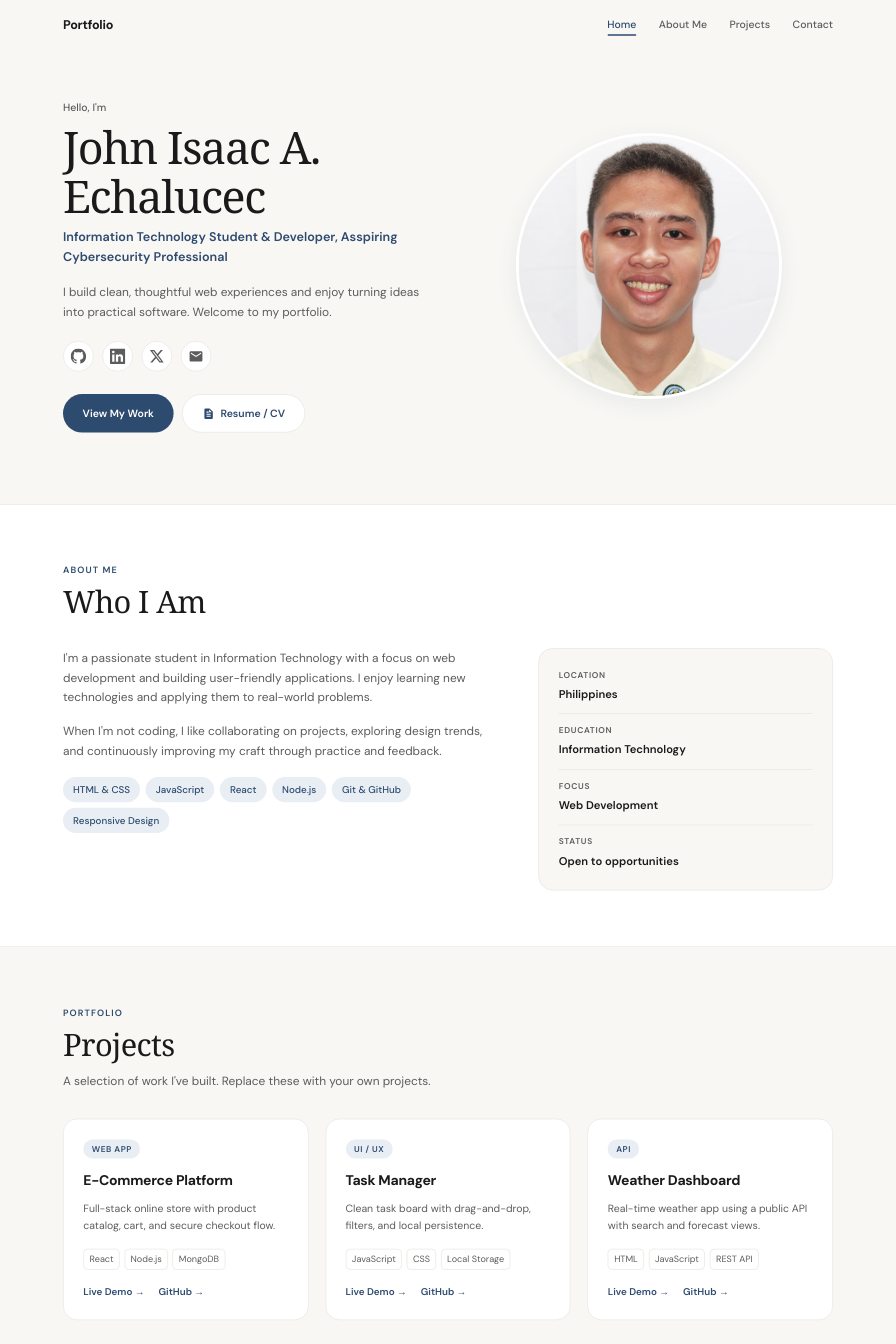
Repository: CodeJack0/Professional_Portfolio
Page: index.html
An editor plug-in stored every save of this project. The page is shown before and after the next save, followed by the edit.
The browser window is 1280 px wide. The pictures show the part of the page from y = 0 to 1920 px (the page is 2997 px tall), at 70% of full size.
Some web fonts or font styles are not loaded; a fallback is used.

Above is the page before, as saved 2026-05-29 22:07:50.

After the next save:
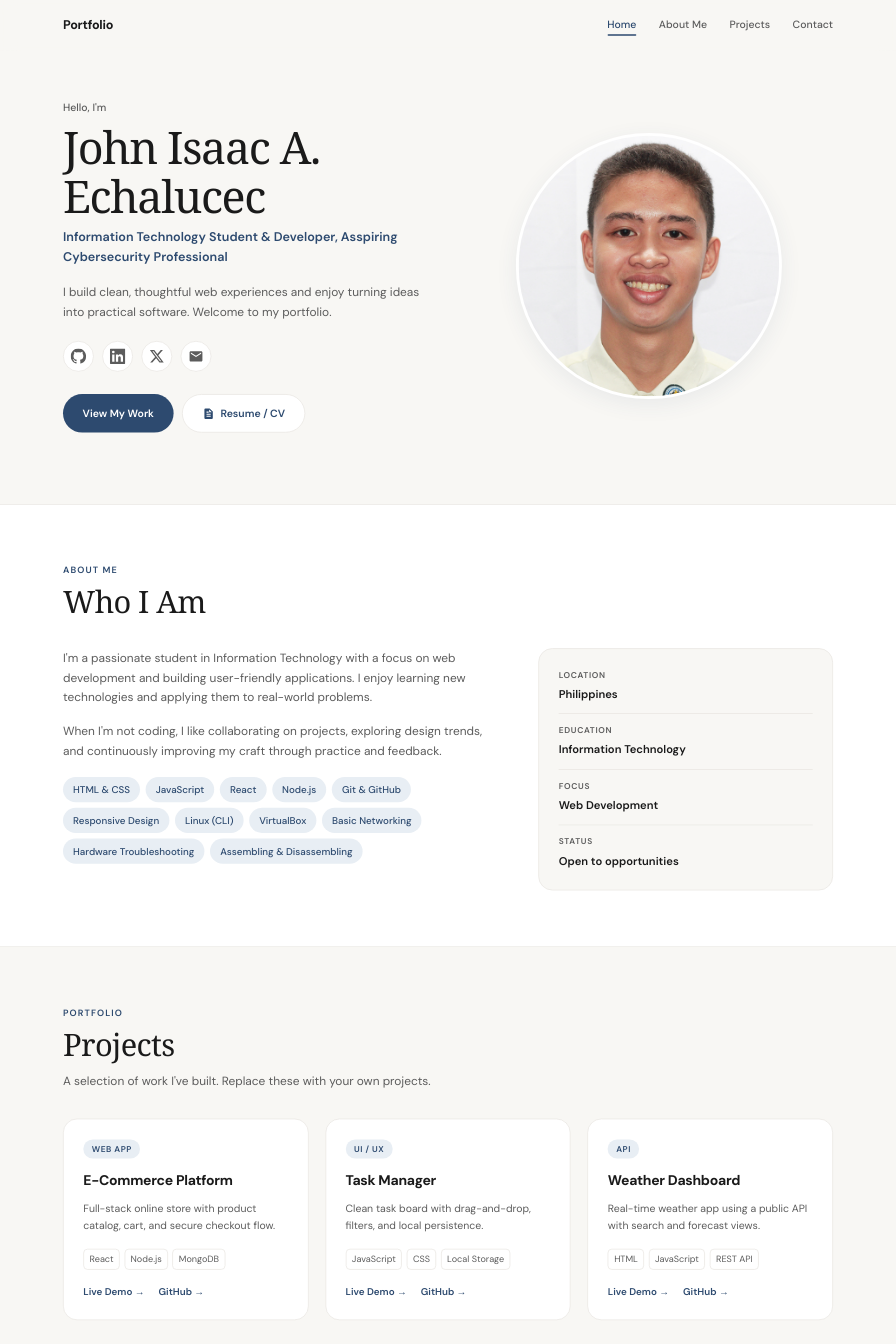
Saved 2 min 33 s later.
--- a/index.html
+++ b/index.html
@@ -96,6 +96,11 @@
               <li>Node.js</li>
               <li>Git &amp; GitHub</li>
               <li>Responsive Design</li>
+              <li>Linux (CLI)</li>
+              <li>VirtualBox</li>
+              <li>Basic Networking</li>
+              <li>Hardware Troubleshooting</li>
+              <li>Assembling &amp; Disassembling</li>
             </ul>
           </div>
           <aside class="about-details">
